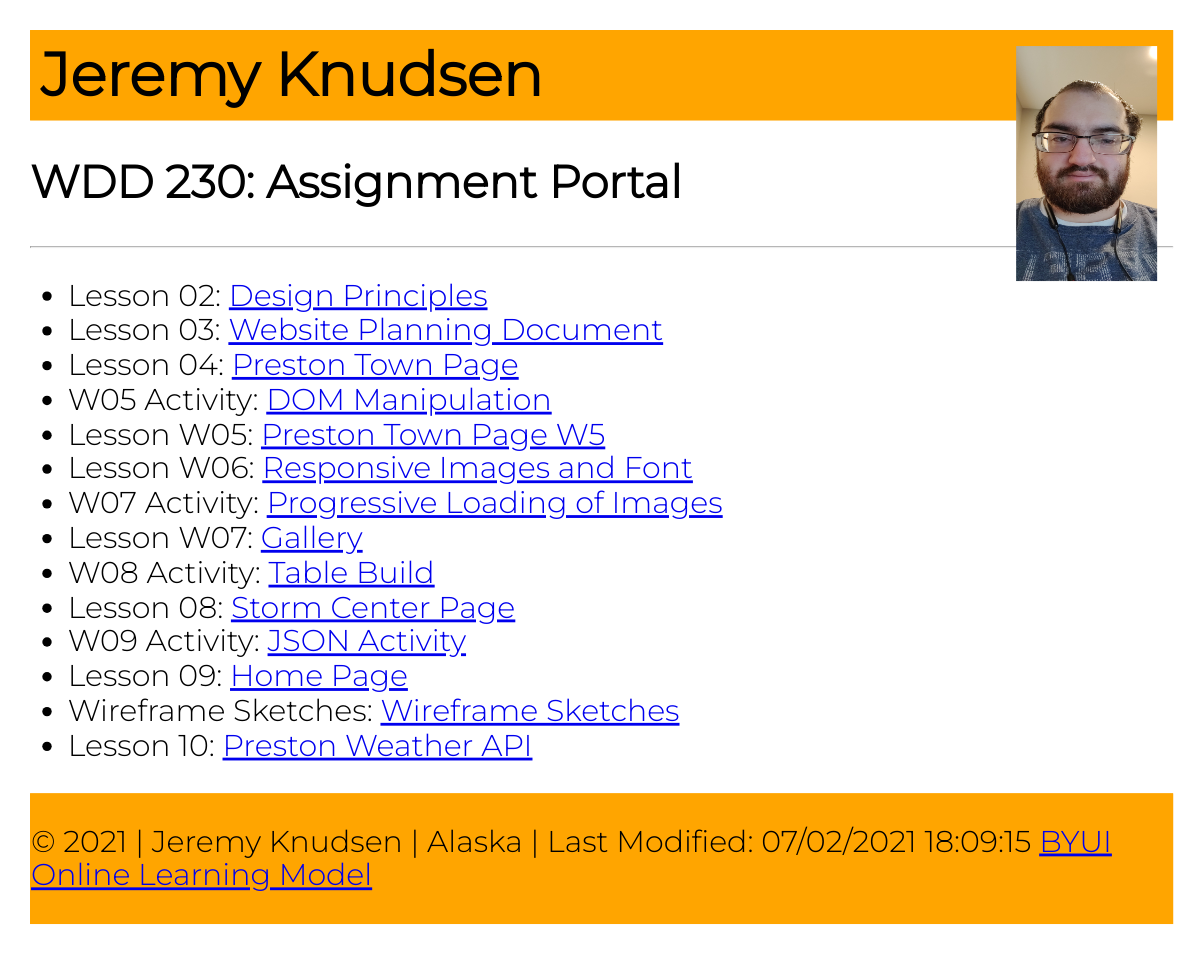
Repository: jknudsen97/jknudsen97.github.io
Page: index.html
These files come from the project's save history. The page is drawn as it stood at one moment and after the next save; the edit follows.
The browser window is 1280 px wide. The pictures show the whole page, at 94% of full size.

Above is the page before, as saved 2021-07-02 21:23:12.

### index.html
<!DOCTYPE html>
<html lang="en">
    <head>
        <meta charset="UTF-8">
        <meta name="viewport" content="width=device-width, initial-scale=1"/>
        <title>Course Portal Home Page</title>
        <meta name="description" content="Jeremy Knudsen's WDD 230 Home Page"/>
        <link rel="preconnect" href="https://fonts.gstatic.com">
        <link href="https://fonts.googleapis.com/css2?family=Montserrat:wght@100;300&display=swap" rel="stylesheet">
        <link rel="stylesheet" href="CSS/normalize.css">
        <link rel="stylesheet" href="CSS/style.css"/>
        <link rel="stylesheet" href="CSS/medium.css"/>
    </head>

<body>
<header>
    <img src="Images/me.jpg" alt="A picture of me" style="width: 150px; height: 250px">
    <h1 style="margin: 10px;">Jeremy Knudsen</h1>
</header>
<main>
    <h2><b>WDD 230: Assignment Portal</b></h2>
    <hr>

    <ul>
        <li> Lesson 02: <a href="lesson02/designprinciples.html">Design Principles</a></li>
        <li> Lesson 03: <a href="lesson03/index.html">Website Planning Document</a></li>
        <li> Lesson 04: <a href="lesson04/preston-4.html">Preston Town Page</a></li>
        <li> W05 Activity: <a href="W05 Activity/bom.html">DOM Manipulation</a></li>
        <li> Lesson W05: <a href="lesson05/preston-5.html">Preston Town Page W5</a></li>
        <li> Lesson W06: <a href="lesson06/preston-6.html">Responsive Images and Font</a></li>
        <li> W07 Activity: <a a href="W07 Activity/lazyload.html">Progressive Loading of Images</a></li>
        <li> Lesson W07: <a href="lesson07/gallery-7.html">Gallery</a></li>
        <li> W08 Activity: <a href="W08 Activity/tablebuild.html">Table Build</a></li>
        <li> Lesson 08: <a href="lesson08/stormcenter.html">Storm Center Page</a></li>
        <li> W09 Activity: <a href="W09 Activity/prophets.html">JSON Activity</a></li>
        <li> Lesson 09: <a href="lesson09/index.html">Home Page</a></li>
        <li> Wireframe Sketches: <a href="home-wireframes.html">Wireframe Sketches</a></li>
        <li> Lesson 10: <a href="lesson10/preston-10.html">Preston Weather API</a></li>
    </ul>

</main>
    <footer>
        <p>&copy; <span id="currentYear"></span> | Jeremy Knudsen | Alaska |
         Last Modified: <span id="lastMod"></span>
        <a href="https://www.byui.edu/online">BYUI Online Learning Model</a></p>
    </footer>
    <script src="JS/script.js"></script>
</body>
</html>

### CSS/style.css
header,
footer {
    border: 1px solid orange;
    background-color: orange;
}

body {
    align-items: center;
    padding: 2rem;
    font-size: 1rem;
    font-family: 'Montserrat', sans-serif;
}

header img {
    padding: 1rem;
    float: right;
    width: 200px;
    height: auto;
}

### CSS/medium.css
@media only screen and (min-width: 32.5rem){
    body {
        font-size: 2.0rem;
    }
}

### JS/script.js
let date = new Date();
let x = date.getFullYear();

document.querySelector('#currentYear').textContent = x;

document.querySelector('#lastMod').textContent = document.lastModified;

Loaded but not shown: CSS/normalize.css (library)

After the next save:
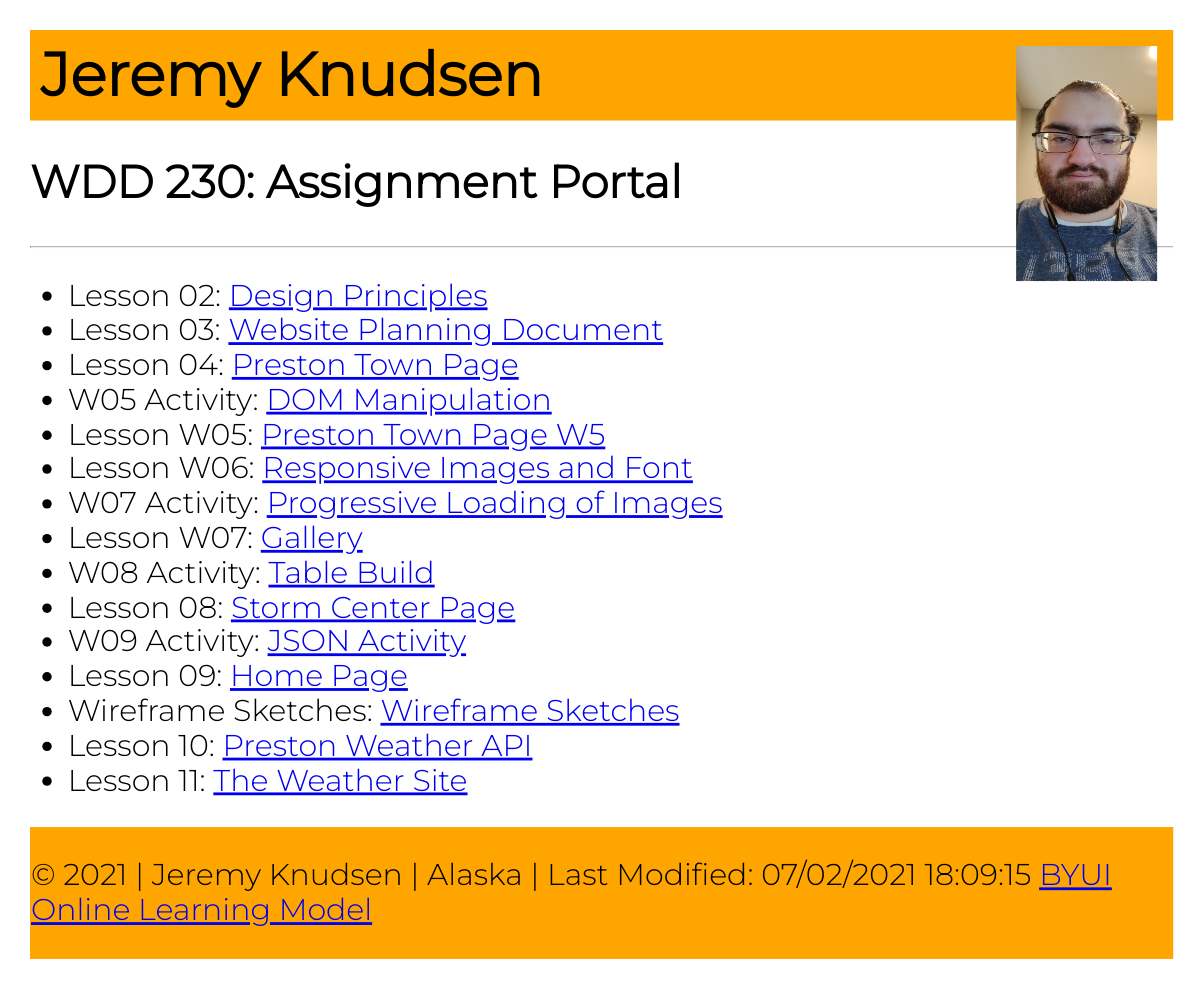
Saved 106 s later.
--- a/index.html
+++ b/index.html
@@ -36,6 +36,7 @@
         <li> Lesson 09: <a href="lesson09/index.html">Home Page</a></li>
         <li> Wireframe Sketches: <a href="home-wireframes.html">Wireframe Sketches</a></li>
         <li> Lesson 10: <a href="lesson10/preston-10.html">Preston Weather API</a></li>
+        <li> Lesson 11: <a href="lesson11/index.html">The Weather Site</a></li>
     </ul>
 
 </main>
